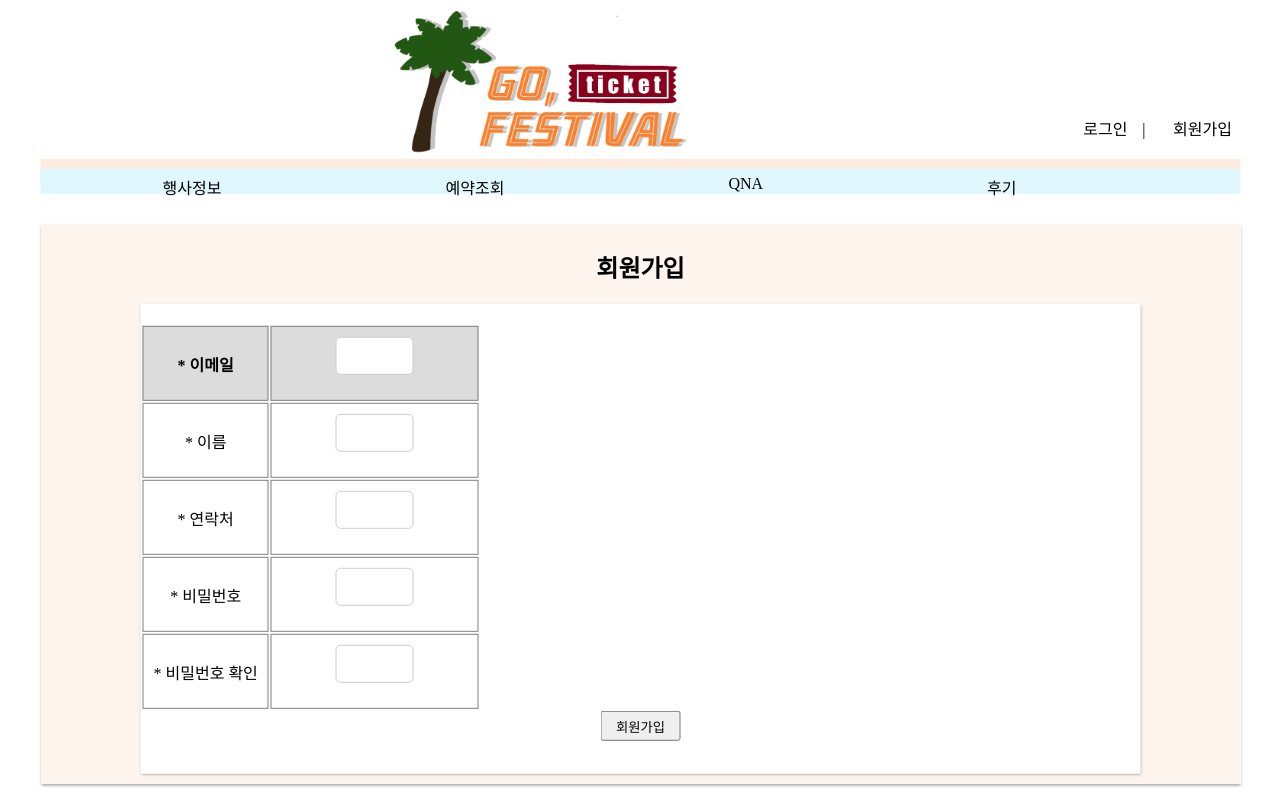
Repository: Changgyu1/Chang_Gu
Page: http://localhost/Project/register.jsp
An editor plug-in stored every save of this project. The page is shown before and after the next save, followed by the edit.
The browser window is 1280 px wide. The pictures show the whole page.
Some web fonts or font styles are not loaded; a fallback is used. The page is served by Tomcat 9.

Above is the page before, as saved 2023-11-14 04:04:05.

After the next save:
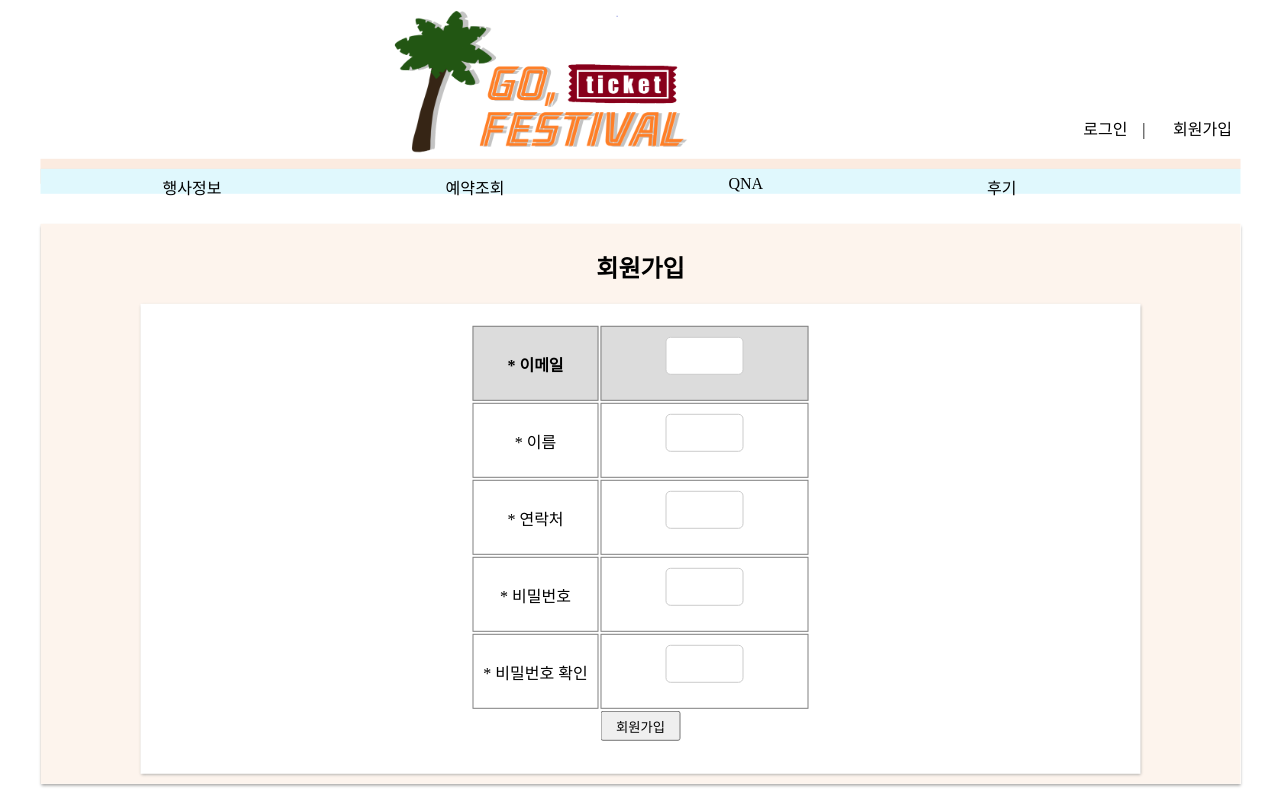
Saved 28 s later.
--- a/Project/src/main/webapp/register.jsp
+++ b/Project/src/main/webapp/register.jsp
@@ -14,7 +14,8 @@
 	href="./hjCss/reservationSearch.css">
 	<style>
 	.center-register{
-	text-align: center;
+	    margin-left:auto;
+    margin-right:auto;
 	}
 	</style>
 </head>
